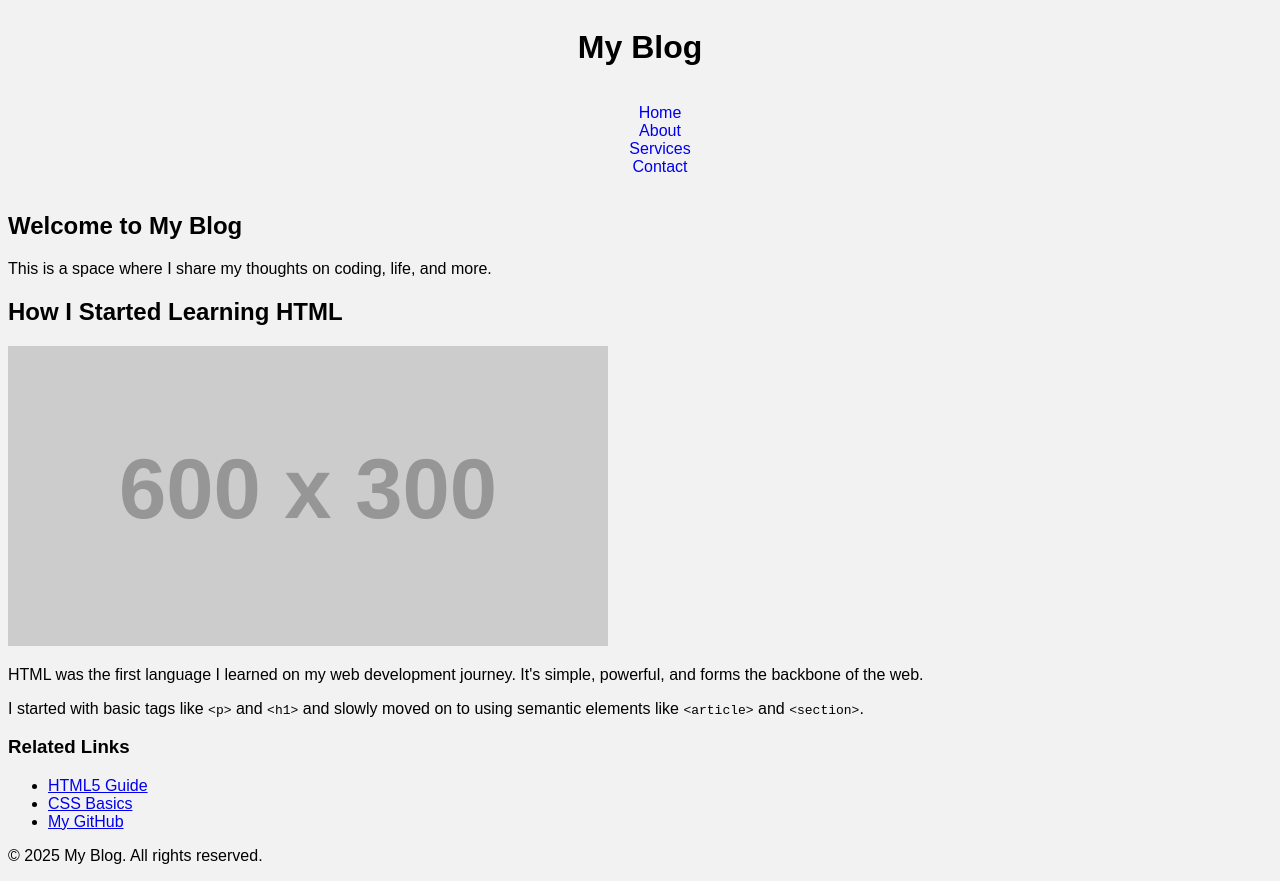
Repository: SainediAmbika/RecallingAll
Page: Angular Recalling/Blog Page/index.html
The author's editor kept a copy of each file at every save. The page is drawn from the files as they stood at one save, then again after the next save.
The browser window is 1280 px wide. The pictures show the whole page.

Above is the page before, as saved 2025-05-19 11:59:49.

### Angular Recalling/Blog Page/index.html
<!DOCTYPE html>
<html lang="en">

<head>
    <meta charset="UTF-8">
    <meta name="viewport" content="width=device-width, initial-scale=1.0">
    <link rel="stylesheet" href="app.css">
    <title>Blog Page</title>

</head>
<body>
    <header class="header">
        <h1>My Blog</h1>
        <nav>
            <ul>
                <li><a href="#">Home</a></li>
                <li><a href="#">About</a></li>
                <li><a href="#">Services</a></li>
                <li><a href="#">Contact</a></li>

            </ul>
        </nav>
    </header>
    <main>

        <section>
            <h2>Welcome to My Blog</h2>
            <p>This is a space where I share my thoughts on coding, life, and more.</p>
        </section>
    </main>
    <article>
        <h2>How I Started Learning HTML</h2>
        <img src="https://via.placeholder.com/600x300" alt="A person learning HTML on a laptop">
        <p>HTML was the first language I learned on my web development journey. It's simple, powerful, and forms the
            backbone of the web.</p>
        <p>I started with basic tags like <code>&lt;p&gt;</code> and <code>&lt;h1&gt;</code> and slowly moved on to
            using semantic elements like <code>&lt;article&gt;</code> and <code>&lt;section&gt;</code>.</p>
    </article>

    <aside>
        <h3>Related Links</h3><ul>
            <li><a href="https://www.w3schools.com/html/">HTML5 Guide</a></li>
            <li><a href="https://www.w3schools.com/css/">CSS Basics</a></li>
            <li><a href="https://github.com/">My GitHub</a></li>

        </ul>
    </aside>




    <footer>
        <p>&copy; 2025 My Blog. All rights reserved.</p>
    </footer>
    </article>

</body>

</html>

### Angular Recalling/Blog Page/app.css
.header{
    text-align: center;
     display: flex;
    flex-direction: column;
}

nav ul{
    list-style-type: none;

}

nav ul li a{
    text-decoration: none;

}

body {
    font-family: Arial, sans-serif;
    background-color: #f2f2f2;

 }

After the next save:
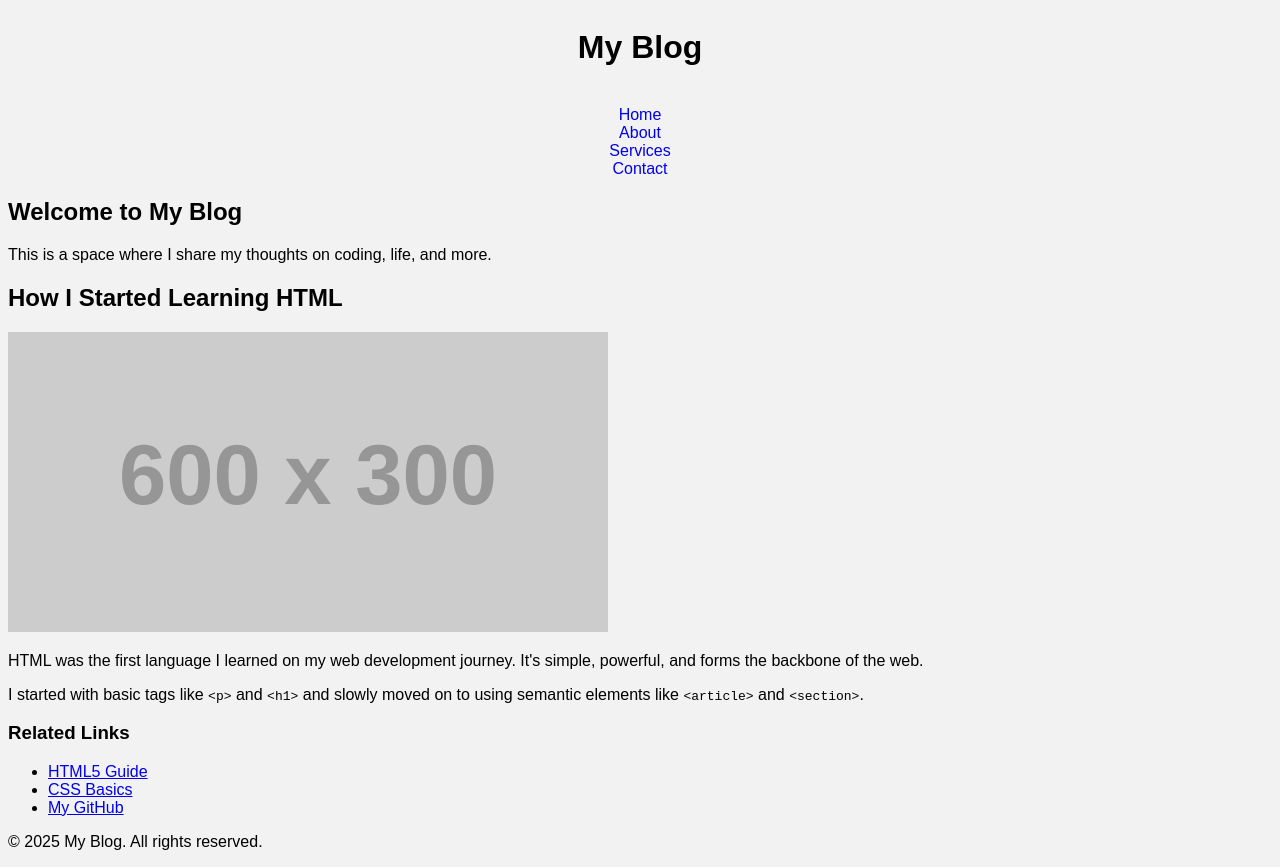
Saved 26 s later.
--- a/Angular Recalling/Blog Page/app.css
+++ b/Angular Recalling/Blog Page/app.css
@@ -6,7 +6,7 @@
 
 nav ul{
     list-style-type: none;
-
+display: inline;
 }
 
 nav ul li a{
